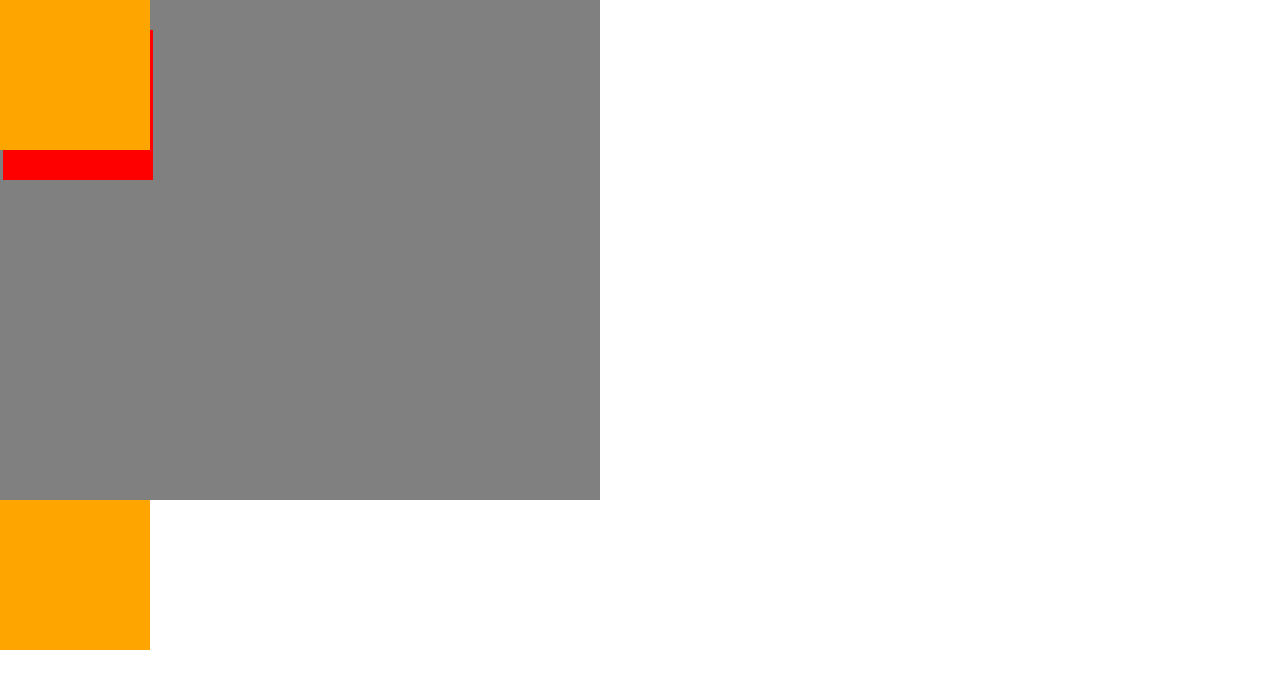
Repository: AytacSafarova/Task-12
Page: index.html
An editor plug-in stored every save of this project. The page is shown before and after the next save, followed by the edit.
The browser window is 1280 px wide. The pictures show the whole page.

Above is the page before, as saved 2023-07-27 09:16:50.

After the next save:
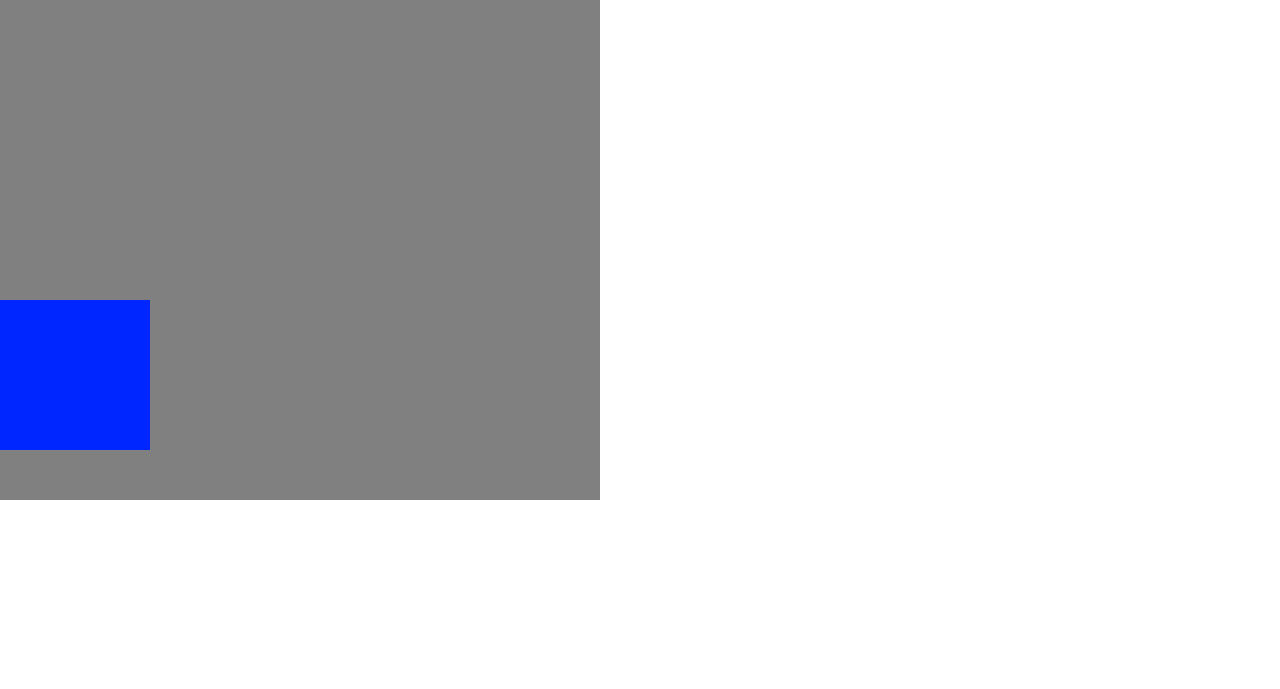
Saved 15 s later.
--- a/index.css
+++ b/index.css
@@ -13,7 +13,7 @@
     width: 150px;
     height: 150px;
 }
-.card:nth-child(1){
+/* .card:nth-child(1){
     background-color: red;
     position: absolute;
     top: 30px;
@@ -30,7 +30,7 @@
 }
 .card:nth-child(3){
     background-color: rgb(0, 38, 255);
-}
+} */
 .additional{
     /* position: relative; */
     /* top: 30px; */
